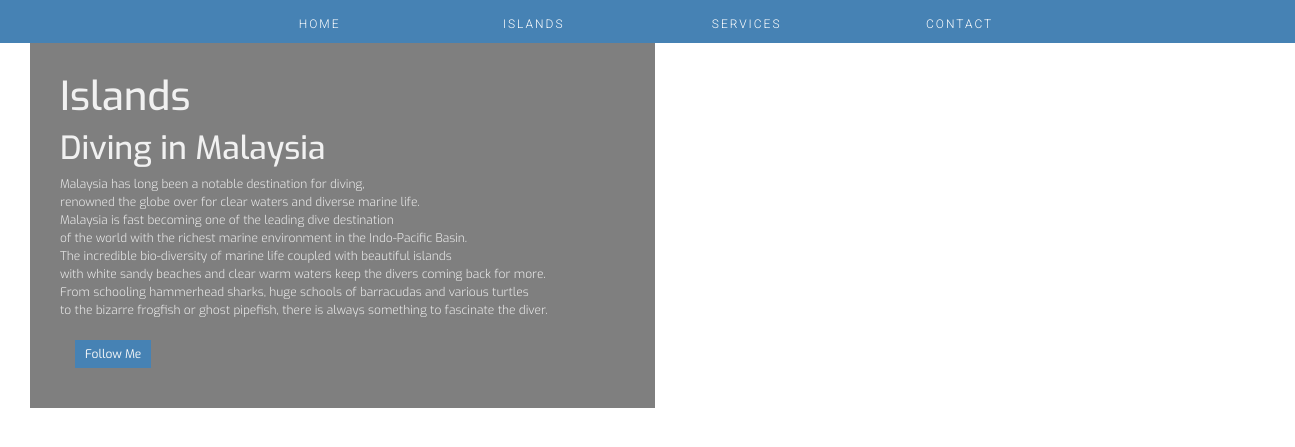
Repository: Code-Institute-Submissions/cathyann-diving.github.io
Page: islands.html
The author's editor kept a record of every edit. The page is drawn from the files as they stood at one moment, then again after the next edit.
The browser window is 1280 px wide. The page is 1295 px wide, so the pictures cover 1295 px, including what lies to the right of the window. The pictures show the whole page.

Above is the page before.

After the next edit:
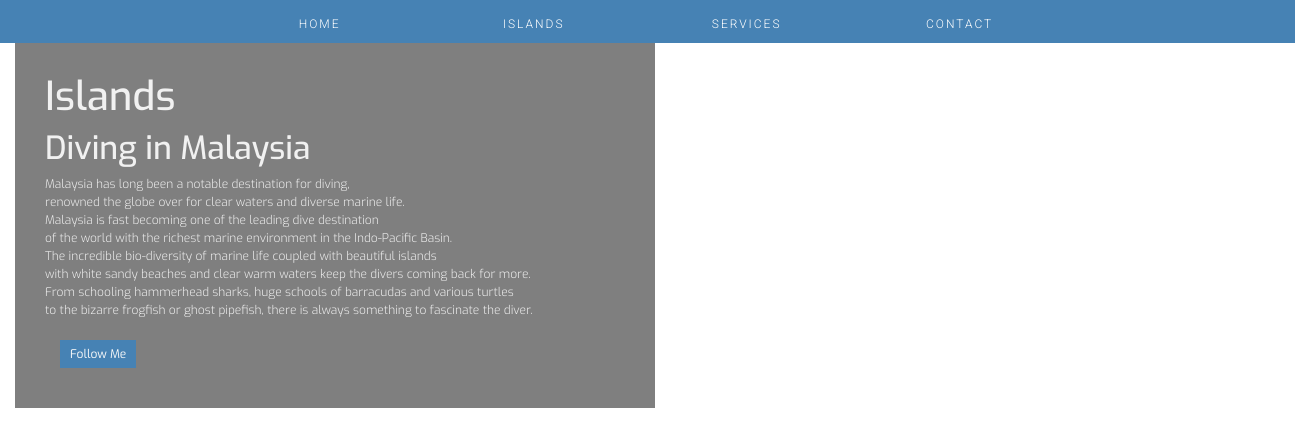
The edit:
--- a/islands.html
+++ b/islands.html
@@ -35,7 +35,6 @@
             </div>
         </div>
     </div>
-    <div class="col">
         <div class="container bg-islands">
             <div class="content col-12 col-sm-6 col-lg-6">
                 <h1>Islands</h1>

After the 2 edits that followed:
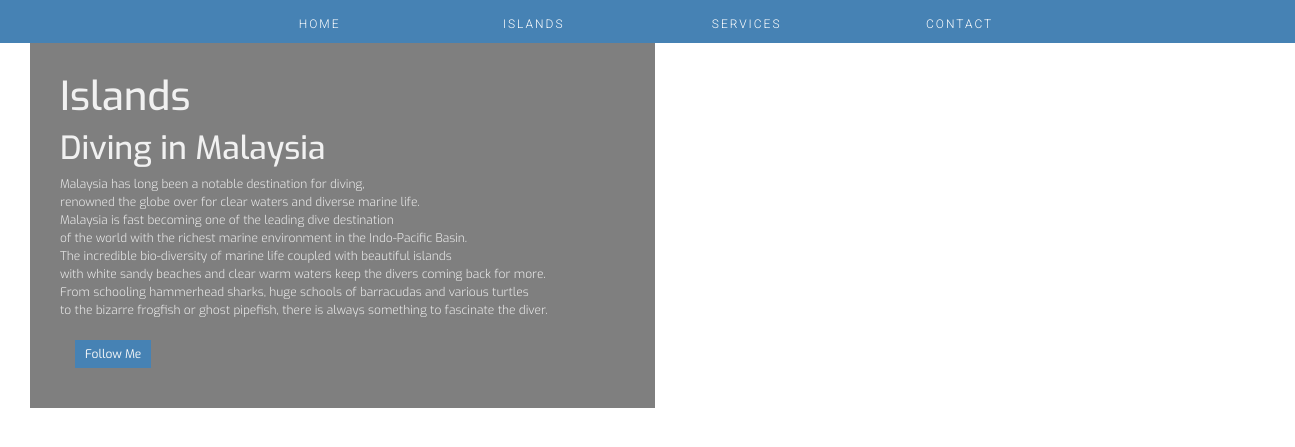
The 2 edits are shown as one change because 1 left the picture as it was.
The edit:
--- a/islands.html
+++ b/islands.html
@@ -35,6 +35,7 @@
             </div>
         </div>
     </div>
+    <div class="col">
         <div class="container bg-islands">
             <div class="content col-12 col-sm-6 col-lg-6">
                 <h1>Islands</h1>
@@ -48,7 +49,6 @@
                 </div>
             </div>
         </div>
-    </div>
 </body>
 
 </html>
